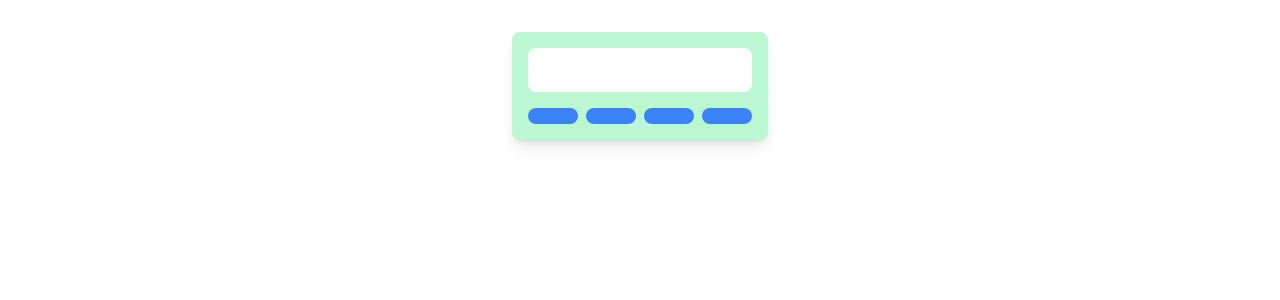
Repository: Sirinegaddour11/Calculator-App
Page: /
An editor plug-in stored every save of this project. The page is shown before and after a run of saves, followed by the edit.
The browser window is 1280 px wide. The pictures show the whole page.
The project was rebuilt for these pictures with package versions that can differ from the ones it lists, and the page was loaded fresh each time. The framework's server and built-in components were replaced by stand-ins that run in the browser. Also part of the build but not shown: next.config.mjs.

Above is the page before, as saved 2024-09-16 13:49:31.

### app/page.tsx
import Calculator from "@/components/calculator";
import Image from "next/image";

export default function Home() {
  return (
    <div>
      <Calculator />
    </div>
  );
}

### components/calculator.tsx
"use client";
import React, { useState } from "react";

const Calculator = () => {
  const [expression, setexpression] = useState("");
  const handleButtonClick = (value: string) => {
    setexpression((prevExpression) => prevExpression + value);
  };
  return (
    <div className="w-64 mx-auto mt-8 p-4 bg-green-200 rounded-lg shadow-lg ">
      <input
        type="text"
        className="w-full mb-4 p-2 text-xl text-right bg-white rounded-lg"
        value={expression}
        readOnly
      />
      <div className="grid grid-cols-4 gap-2">
        {["7", "8", "9", "/"].map((value, index)=>
        <button key={index}
        className="p-2 bg-blue-500 text-white rounded-lg hover:bg-blue-600"
        onClick={()=>handleButtonClick(value)}>

        </button>)}
      </div>
    </div>
  );
};

export default Calculator;

Loaded but not shown: app/layout.tsx (common file); app/globals.css (common file); tailwind.config.ts (common file)

After the next 2 saves:
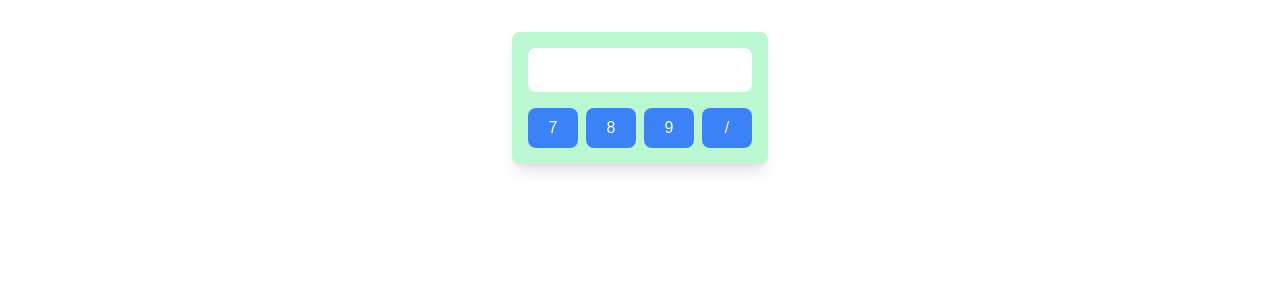
The 2 saves are shown as one change because they came seconds apart.
The last was saved 27 s later.
--- a/components/calculator.tsx
+++ b/components/calculator.tsx
@@ -19,7 +19,7 @@ const Calculator = () => {
         <button key={index}
         className="p-2 bg-blue-500 text-white rounded-lg hover:bg-blue-600"
         onClick={()=>handleButtonClick(value)}>
-
+{value}
         </button>)}
       </div>
     </div>
